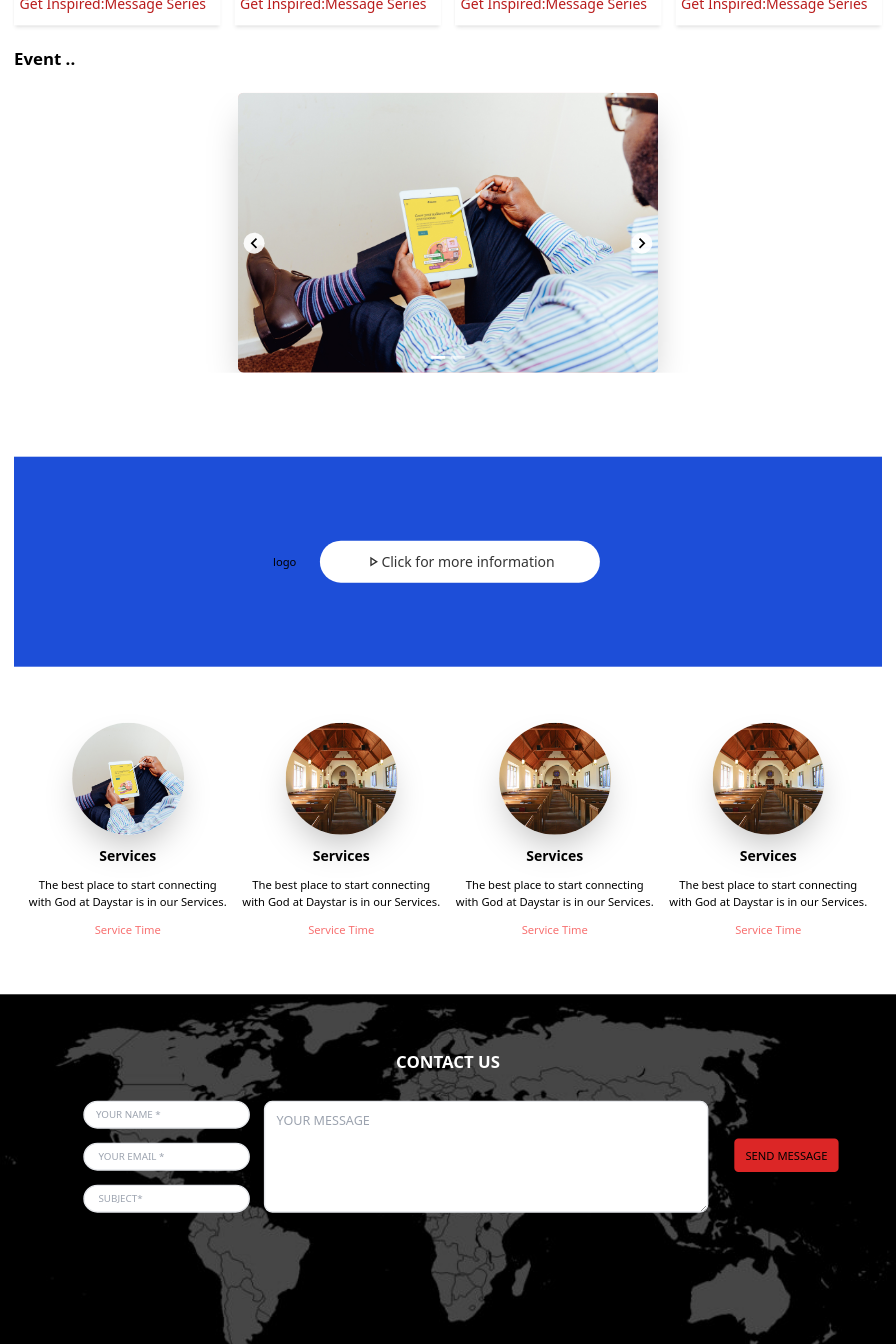
Repository: hisreal123/godschamber
Page: /
An editor plug-in stored every save of this project. The page is shown before and after the next save, followed by the edit.
The browser window is 1280 px wide. The pictures show the part of the page from y = 1579 to 3499 px (the page is 3499 px tall), at 70% of full size.
The project was rebuilt for these pictures with package versions that can differ from the ones it lists, and the page was loaded fresh each time. The framework's server and built-in components were replaced by stand-ins that run in the browser. Also part of the build but not shown: next.config.js.

Above is the page before, as saved 2023-03-31 17:55:54.

### src/app/layout.tsx
import './globals.css'


export const metadata = {
  title: 'Welcome to Godschambers e-church ',
  description: 'Get closer to Your father ',
}

export default function RootLayout({
  children,
}: {
  children: React.ReactNode
}) {
  return (
    <html lang="en">
      <body>
        {children}
      </body>
    </html>
  )
}

### src/app/page.tsx
"use client"
import React, { lazy, useState } from 'react'
import { Inter } from 'next/font/google'


// context
import { SideBarContext } from './components/context/SidebarContext'


// Font
const inter = Inter({ subsets: ['latin'] })

// LazyLoading
const Header = lazy(() => import('./components/Header'))
const Sidebar = lazy(() => import('./components/Sidebar'))
const Banner = lazy(() => import('./components/Banner'))
const Quote = lazy(() => import('./components/Quote'))
const HopeCards = lazy(() => import('./components/HopeCards'))
const Events = lazy(() => import('./components/Events'))
const More = lazy(() => import('./components/More'))
const ContactUs = lazy(() => import('./components/ContactUs'))


// Export....
export default function Home() {

  const [Open, setOpen] = useState(false)

  return (
    <main className="w-screen overflow-hidden relative">
      <SideBarContext.Provider value={{ Open, setOpen }}>
        <Header />
        <Sidebar />
      </SideBarContext.Provider>
      <Banner />
      <Quote />
      <HopeCards />
      <Events />
      <More />
      <ContactUs />
    </main>
  )
}

### src/app/globals.css
@tailwind base;
@tailwind components;
@tailwind utilities;


/* slider Components*/

### src/app/components/context/SidebarContext.tsx
import { createContext } from "react";


 type SideBarProps  = {
    Open: boolean
    setOpen :  any
}

export const SideBarContext = createContext( {} as  SideBarProps)

### src/app/components/Header.tsx
import { SideBarNav } from './SideBarNav';
import React, { useState, useEffect, useContext } from 'react'
import { SideBarContext } from './context/SidebarContext'
import { menuIcon } from './SvgIcons/SvgIcons'
import { motion } from 'framer-motion'

export default function Header() {

  const [scrollY, setScrollY] = useState(0)
  const { Open, setOpen } = useContext(SideBarContext)
  const toggleSideBar = () => setOpen(!Open)


  useEffect(() => {
    const handleScroll = () => {
      setScrollY(window.scrollY);
    }

    window.addEventListener("scroll", handleScroll);

    return () => {
      window.removeEventListener("scroll", handleScroll);
    };
  }, [])

  const backgroundColor = scrollY > 100 ? 'bg-indigo-500' : 'transparent';

  return (
    <div
      className={` ${backgroundColor} transition h-20 transparent fixed w-screen drop-shadow-lg z-20`}>
      <div className="container px-10 md:px-0 h-full mx-auto flex justify-between items-center">

        {/* logo here*/}
        <a className="" href="#">logo</a>

        {/* menu Links */}
        <SideBarNav toggleSideBar={toggleSideBar} style='hidden px-10 py-16 bg-gray-800 z-10
            md:relative md:flex md:p-0 md:bg-transparent md:flex-row md:space-x-6' liStyle='md:text-xs' />

        <div className="flex items-center md:hidden">
          <button className="text-white text-4xl font-bold opacity-70 hover:opacity-100 duration-300"
            onClick={toggleSideBar}>
            {menuIcon}
          </button>
        </div>
      </div>
    </div>
  )
}

### src/app/components/Sidebar.tsx
import React, { useMemo, useContext, lazy } from 'react'
import { SideBarContext } from './context/SidebarContext'
import { SideBarNav } from './SideBarNav'
// import { motion } from 'framer-motion'

export default function Sidebar() {

  const { Open, setOpen } = useContext(SideBarContext)
  const toggleSideBar = () => setOpen(!Open)

  return (
    <div
      className="wrapper md:hidden transition ">
      <div

        className={Open ? " transition w-1/2 bg-slate-400 fixed top-0 bottom-0 right-0 shadow-lg z-[100]" : 'hidden '}>
        <SideBarNav toggleSideBar={toggleSideBar} style='relative h-screen bg-gradient-to-r from-violet-600 via-violet-600 to-indigo-600 w-full pt-20' liStyle=' inline-block  p-2  mt-1 text-xs w-full font-lighter opacity-2  ' />
      </div>

      {/* overlay */}
      <div className={Open ? " h-screen bg-black bg-opacity-50 z-10 fixed w-screen top-0 " : 'hidden '} onClick={toggleSideBar}></div>
    </div>
  )
}

### src/app/components/Banner.tsx
import { ClickButton } from './ClickButton';
import React from 'react'
import VideoPlayer from './VideoBackground'
import { motion as m } from 'framer-motion'

import { Watch, location } from './SvgIcons/SvgIcons'
import { BannerPlace } from './animation/animations';

export default function Banner() {
  return (
    <>
      <div className="wrapper h-screen">
        <div className="absolute flex items-center h-screen w-screen justify-center">
          <div className="wrap">

            <div className="text text-white text-center ">
              <m.h1
                variants={BannerPlace}
                initial="hide"
                animate="show"
                transition={{ duration: 2.5, type: "spring", stiffness: 100 }}
                className='text-4xl md:text-6xl font-light mb-5 md:mb-6 '>
                A PLACE FOR YOU
              </m.h1>
              <div className="desc mb-8 text-md md:text-2xl"> Join us this weekend </div>
            </div>

            <div className="btn flex flex-col md:flex-row md:items-center  md:space-x-2 md:w-[500px] md:mx-auto ">
              <ClickButton icon={location} title='Find a location' href="/" style=" flex  items-center justify-center space-x-5 rounded-full bg-red-600 hover:bg-red-800 text-white py-2 px-2 text-center md:w-[70%] md:mx-auto md:py-4 md:px-5  md:space-x-0 md:text-sm" />
              <ClickButton icon={Watch} title='Find a location' href="/" style=" flex  items-center justify-center space-x-5 rounded-full bg-red-600 hover:bg-red-800 text-white py-2 px-2 text-center mt-5 md:w-[70%] md:text-xl md:mx-auto md:mt-0 md:mx-auto md:py-4 md:px-5 md:space-x-0 md:text-sm" />
            </div>
          </div>
        </div>
        <VideoPlayer />
      </div>
    </>
  )
}

### src/app/components/Quote.tsx
import React from 'react'
export default function Quote() {
  return (
    <>
      <div className="container mx-auto py-10 text-center  md:py-14 relative -z-50 md:w-3/4">
        <h2 className='mb-5 md:text-3xl font-bold'> WELCOME TO THE CHURCH</h2>

        <div className="welcomeMessage px-5 flex flex-col ">
          <span className='text-4xl font-bold text-gray-500 md:text-6xl self-start '>
            &quot;
          </span>
          <p className='text-xs md:text-lg '>
            God has given us a mandate to raise role models, and He has indeed been faithful, backing our dedication and hard work with a great harvest of transformed lives. It is top priority for us that you partake of wholesome worship, edifying messages to build you up and positive interactions. We invite you to tour our website and get to know us a bit better - our service times, locations and membership. There are also links should you wish to support our ministry by giving. We look forward to having the pleasure of hosting you and your family soon, either in person at one of our campuses or virtually.
            In Christ, <b>Sam & Nike Adeyemi.</b>
          </p>
          <span className='text-4xl font-bold text-gray-500 md:text-6xl self-end '>
            &quot;
          </span>

        </div>

      </div>
    </>
  )
}

### src/app/components/HopeCards.tsx
import React, { lazy } from 'react'


const Cards = lazy(() => import('./CardsComponents'))

export default function HopeCards() {
  return (
    <>
      <div className="wrapper  relative z-0">
        <div className="Container px-5">

          <div className="top text-center">
            <h1 className='text-lg md:text-lg lg:text-xl font-bold mb-3'>HOPE FOR TODAY</h1>
            <p className=' italic font-light text-gray-500'>Inspiring resources to become a better you.</p>
          </div>
          <div className="CardWrapper grid grid-cols-1 gap-5 md:grid-cols-2 lg:grid-cols-4 mt-5">
            <Cards imgSrc="/assets/img1.jpg" text="Get Inspired:Message Series" alt=" Get inspired" mainStyle="flex flex-col bg-white overflow-hidden  w-full shadow-md" topStyle='' btmStyle=' py-4  px-2 ' textStyle='text-md text-red-700 md:text-lg lg:text-xl' />
            <Cards imgSrc="/assets/img2.jpg" text="Get Inspired:Message Series" alt=" Get inspired" mainStyle="flex flex-col bg-white overflow-hidden  w-full shadow-md" topStyle='' btmStyle=' py-4  px-2 ' textStyle='text-md text-red-700 md:text-lg lg:text-xl' />
            <Cards imgSrc="/assets/img3.jpg" text="Get Inspired:Message Series" alt=" Get inspired" mainStyle="flex flex-col bg-white overflow-hidden  w-full shadow-md" topStyle='' btmStyle=' py-4  px-2 ' textStyle='text-md text-red-700 md:text-lg lg:text-xl' />
            <Cards imgSrc="/assets/img4.jpg" text="Get Inspired:Message Series" alt=" Get inspired" mainStyle="flex flex-col bg-white overflow-hidden  w-full shadow-md" topStyle='' btmStyle=' py-4  px-2 ' textStyle='text-md text-red-700 md:text-lg lg:text-xl' />
          </div>
        </div>
      </div>
    </>
  )
}

### src/app/components/Events.tsx
import React from 'react'
import Carousel from './Carousel/Carousel'

export default function Events() {
    return (
        <>
            <section className='Container px-5'>
                <h1 className="my-8 font-bold text-2xl "> Event ..</h1>

                <div className="Carousel-ShowCase">
                    <Carousel />
                </div>
            </section>
        </>
    )
}

### src/app/components/More.tsx
import React from 'react'
import { ClickButton } from './ClickButton'
import { Watch } from './SvgIcons/SvgIcons'
import Image from 'next/legacy/image'

import CardsComponents from './CardsComponents'
import Link from 'next/link'


const MoreSection2Data = [
    {
        imgSrc: '/assets/img1.jpg',
        title: 'Services',
        desc: ' The best place to start connecting with God at Daystar is in our Services.',
        hrefTitle: ' Service Time',
        href: '#',
        alt: 'first '

    },
    {
        imgSrc: '/assets/img4.jpg',
        title: 'Services',
        desc: ' The best place to start connecting with God at Daystar is in our Services.',
        hrefTitle: ' Service Time',
        href: '#',
        alt: 'second '

    },
    {
        imgSrc: '/assets/img4.jpg',
        title: 'Services',
        desc: ' The best place to start connecting with God at Daystar is in our Services.',
        hrefTitle: ' Service Time',
        href: '#',
        alt: 'third '

    },
    {
        imgSrc: '/assets/img4.jpg',
        title: 'Services',
        desc: ' The best place to start connecting with God at Daystar is in our Services.',
        hrefTitle: ' Service Time',
        href: '#',
        alt: 'forth '

    },
]
export default function More() {
    return (
        <>
            <section className='px-5 py-20'>
                {/* More info */}
                <div className='h-[300px] bg-blue-700 flex-col  flex items-center  md:flex-row'>
                    <div className="wrap flex flex-col justify-center  md:w-[500px] md:mx-auto md:flex md:flex-row items-center h-full">
                        <h1 className=' self-end md:self-center '> logo </h1>
                        <ClickButton icon={Watch} title='Click for more information ' href="/" style="flex  items-center justify-center space-x-2 rounded-full bg-white hover:bg-white/90 text-black/80 py-3 px-3 text-center mt-5  md:w-[80%] md:text-xl md:mx-auto md:mt-0 md:mx-auto md:py-4 md:px-5 md:space-x-0 md:text-sm" />
                    </div>
                </div>

                {/* What Gof can do through you   */}
                <div className="mt-20 px-5 grid grid-cols-1 gap-5 md:grid-cols-4" >
                    {
                        MoreSection2Data.map((data, index) => (
                            <>
                                <div className="wrap relative flex flex-col justify-center  " key={index}>
                                    <div className="relative rounded-full overflow-hidden shadow-2xl lg:h-40 lg:w-40 lg:self-center">
                                        <Image
                                            src={data.imgSrc}
                                            alt={data.alt}
                                            height={100}
                                            width={100}
                                            layout="responsive"
                                            objectFit='cover'
                                            objectPosition="center"
                                        />
                                    </div>

                                    <div className="text-center">
                                        <h1 className="my-4 font-bold text-lg md:text-xl">{data.title}</h1>
                                        <p className="my-4">{data.desc}</p>
                                        <Link href={data.href} className="text-red-400 hover:underline hover:font-bold hover:scale-105 hover:text-red-700 ">{data.hrefTitle}</Link>
                                    </div>
                                </div >
                            </>
                        ))
                    }
                </div>
            </section >
        </>
    )
}

### src/app/components/ContactUs.tsx
import React from 'react'

export default function ContactUs() {
    return (
        <>
            <section className=" bg-[url('/assets/map_black.jpeg')] bg-cover bg-no-repeat bg-top px-5 py-10 h-[500px] ">
                <h1 className='text-center my-10 text-white font-bold  text-2xl'>CONTACT US </h1>

                <form action="" className=' flex flex-col md:flex-row'>
                    <div className='  md:w-[90%] md:mx-auto md:flex md:flex'>
                        <div className=" md:flex md:w-[80%] md:mx-auto md:space-x-5 w-full relative ">
                            <div className="flex md:w-[60%] md:flex-1 flex-col justify-center space-y-5 relative">
                                <input type="text" placeholder='YOUR NAME *' className='text-sm rounded-3xl px-4 py-2 hover:first-letter:border-red-300 border-2 outline-none  md:w-full' />
                                <input type="email" placeholder=' YOUR EMAIL *' className='text-sm rounded-3xl px-4 py-2 hover:first-letter:border-red-300 border-2 outline-none' />
                                <input type="text" placeholder=' SUBJECT*' className='text-sm rounded-3xl px-4 py-2 hover:first-letter:border-red-300 border-2 outline-none ' />
                            </div>
                            <textarea placeholder='YOUR MESSAGE' className='text-sm rounded-xl px-4 py-3 hover:first-letter:border-red-300 border-2 outline-none mt-5 md:mt-0 md:text-md lg:text-lg mx-auto w-full' rows={4} />
                        </div>

                        <button type='submit' className='self-center md:w-fit rounded-md bg-red-600 hover:bg-red/60  px-4 py-3 w-full mt-4 mb-5 '>SEND MESSAGE</button>
                    </div>
                </form>

            </section>
        </>
    )
}

### src/app/components/SideBarNav.tsx
import React from "react";
import {home,
    Contact,
    Watch,
    Care,
    Give,
    Blog} from './SvgIcons/SvgIcons'

type SideBarNavProps = {
    toggleSideBar : () => { }
    style?:  string
    liStyle? : string
}

export function SideBarNav({liStyle, style, toggleSideBar}: SideBarNavProps) {
  return <div className="">
    <ul className={` ${style} `}>

        <li>
            <a className={`${liStyle} flex items-center  text-white opacity-70 hover:opacity-100 duration-300`} href="#">
                <span className="font-light mr-2  ">
                {home}
                </span>
                ABOUT</a>
        </li>
        <li>
            <a className={`${liStyle} flex items-center  text-white opacity-70 hover:opacity-100 duration-300`} href="#">
            <span className="font-light mr-2  ">
                {Contact}
                </span>
                CONNECT</a>
        </li>
        <li>
            <a className={`${liStyle} flex items-center  text-white opacity-70 hover:opacity-100 duration-300`} href="#">
            <span className="font-light mr-2  ">
                {Watch}
                </span>
                WATCH</a>
        </li>

        <li>
            <a className={`${liStyle} flex items-center  text-white opacity-70 hover:opacity-100 duration-300`} href="#">
            <span className="font-light mr-2  ">
                {Care}
                </span>
                CARE</a>
        </li>

        <li>
            <a className={`${liStyle} flex items-center  text-white opacity-70 hover:opacity-100 duration-300`} href="#">
            <span className="font-light mr-2  ">
                {Give}
                </span>
                GIVE</a>
        </li>
        <li>
            <a className={`${liStyle} flex items-center  text-white opacity-70 hover:opacity-100 duration-300`} href="#">
            <span className="font-light mr-2  ">
                {Blog}
                </span>
                BLOG</a>
        </li>

        </ul>
    </div>
}

### src/app/components/ClickButton.tsx
import React from "react";


type clickButton = {
  style: string
  title : string
  href: string
  icon?: string | any}


export function ClickButton({icon, style, title, href}  : clickButton) {
  return <>
    <a href={href} className={`${style}`}>
      {icon  ? (
        <>
          <span>
            {icon}
          </span>
          <p>{title}</p>
        </>
      ) : ( `
        ${title}
      `)}
    </a>
    {/* <a href="" className=""> Watch Online</a> */}
  </>;
}

### src/app/components/VideoBackground.tsx
import { useState } from 'react'

const VideoPlayer = () => {


  return (
    <div className='vBackground'>
      <video
         src="./assets/churchVideo.mp4"
         className="h-screen w-screen object-cover"
         loop
         autoPlay
         muted
      />
    </div>
  )
}

export default VideoPlayer

### src/app/components/animation/animations.ts



export const BannerPlace = {
    hide: {  y: 4 ,opacity: 0,scale: 0},
    show: {
        y: 0,
        opacity: 1,
        scale: 1,
        transition: {
          duration: 0.2,
          staggerChildren: 0.2
        }
      }
}

### src/app/components/CardsComponents.tsx
import Image from 'next/legacy/image'
import Link from 'next/link';
import React from 'react'


const ImageStyle = {
  height: ' 100%',
  width: ' 100%'
};

type CardComponentProps = {
  text: string
  desc?: string
  imgSrc: string
  mainStyle: string
  topStyle?: string
  btmStyle?: string,
  textStyle: string,
  alt?: string
  href?: string
  hrefTitle?: string
  descStyle?: string
  hrefStyle?: string
}
export default function CardsComponents({
  text,
  desc,
  imgSrc,
  alt,
  href,
  hrefTitle,
  mainStyle,
  topStyle,
  btmStyle,
  textStyle,
  descStyle,
  hrefStyle,
}: CardComponentProps) {

  return (
    <>
      <Link href="#" >
        <div className={`${mainStyle} container`}>
          <div className={`${topStyle} top`}>
            <Image
              src={imgSrc}
              alt={alt}
              height={100}
              width={100}
              layout="responsive"
              objectFit='cover'
              objectPosition="center"
            />
          </div>
          <div className={`${btmStyle} btm`} >
            <h3 className={`${textStyle} btm`}>{text}</h3>
            {desc ? (<p className={descStyle}>{desc}</p>) : null}
            {href ? (<a href={href} className={hrefStyle}>{hrefTitle}</a>) : null}
          </div>
        </div>
      </Link>
    </>
  )
}

### src/app/components/Carousel/Carousel.tsx
import React from 'react'
import Image from 'next/legacy/image'
import { left } from '../SvgIcons/SvgIcons'

const imageData = [
    {
        title: ' First',
        imgSrc: '/assets/img1.jpg'
    },
    {
        title: ' Second',
        imgSrc: '/assets/img2.jpg'
    },
]



export default function Carousel() {



    const [current, setCurrent] = React.useState(0)

    const swipleft = () => {
        const isFirst = current === 0;
        const newIndex = isFirst ? imageData.length - 1 : current - 1;
        setCurrent(newIndex)
    }
    const swipRight = () => {
        const isFirst = current === 0;
        const newIndex = isFirst ? imageData.length - 1 : current - 1;
        setCurrent(newIndex)
    }

    // React.useEffect(() => {
    // setInterval(() => {
    /*  const isFirst = current === 0;
     const newIndex = isFirst ? imageData.length - 1 : current - 1;
     setCurrent(newIndex) */
    // }, 3000)
    // }, [current, setCurrent])


    return (
        <>
            <section className=' overflow-hidden mb-10' >
                <div className=" h-[400px] md:w-[600px] mx-auto  imgWrapper  relative min:h-full  md:m-auto rounded-lg  bg-red-200">
                    <div className='relative h-full rounded-lg overflow-hidden shadow-2xl'>
                        <Image
                            key={current}
                            src={imageData[current].imgSrc}
                            alt=" image 1"
                            height={100}
                            width={100}
                            layout="fill"
                            objectFit='cover'
                            objectPosition="center"
                        />

                        <span className='text-xl cursor-pointer absolute z-10 top-1/2 bg-white/90 rounded-full ml-2' onClick={swipleft}>{left}</span>
                        <span className='text-xl cursor-pointer absolute z-10 top-1/2 bg-white/90 rounded-full mr-2 right-0 rotate-180' onClick={swipRight}>{left}</span>

                        {/* navigator */}
                        <div className="navigatio absolute bottom-5 flex justify-center space-x-2 w-full">
                            {imageData.map((img, index) => (
                                <div key={index}
                                    onClick={swipleft}
                                    className={`${index == current ? ' bg-white h-1 w-5 ' : ' bg-white/70 h-1 w-5'} `}></div>
                            ))}
                        </div>
                    </div>

                </div>
            </section>
        </>
    )
}

Loaded but not shown: tailwind.config.js (18 lines, source omitted); src/app/components/SvgIcons/SvgIcons.tsx (22 lines, source omitted)

After the next save:
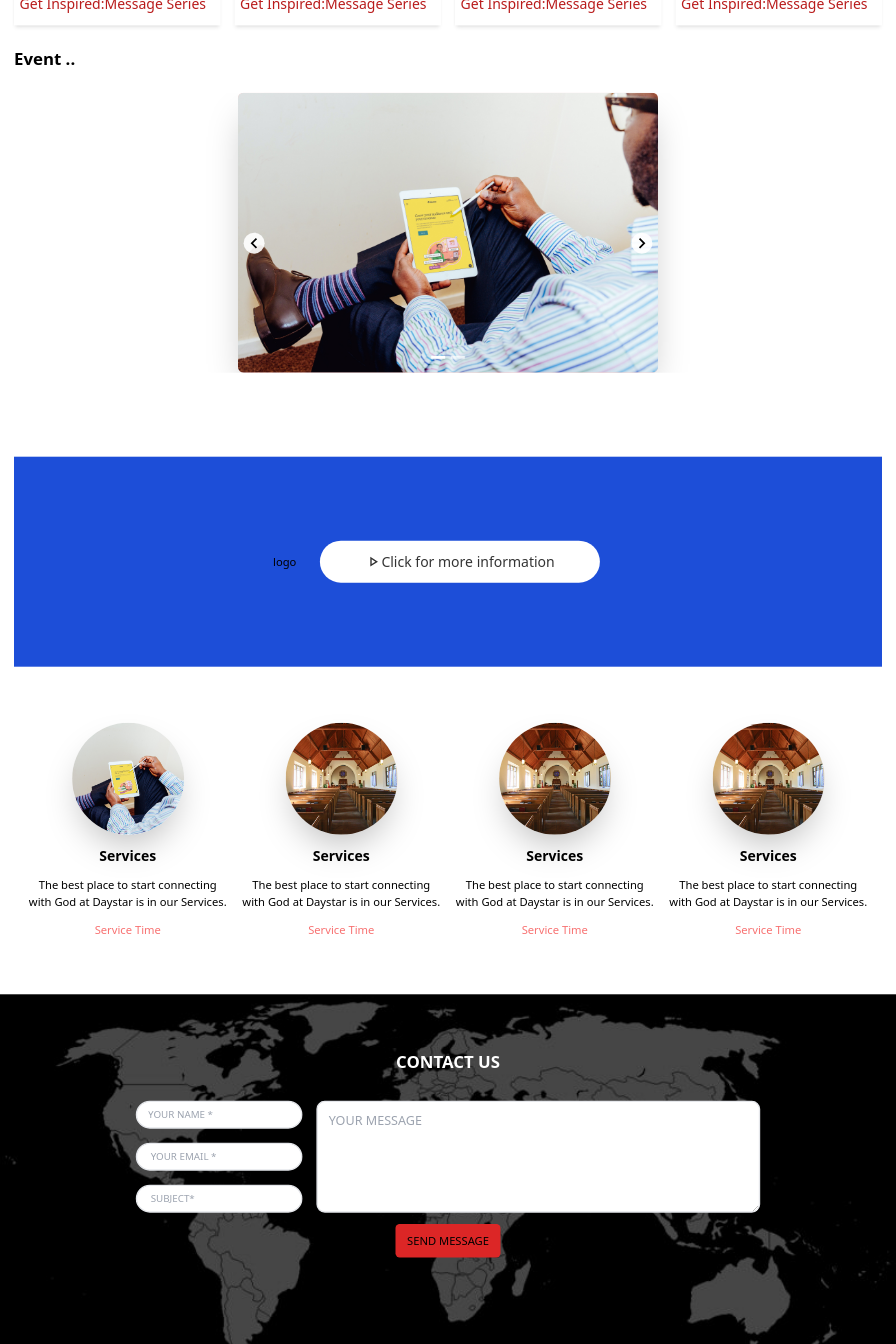
Saved 8 s later.
--- a/src/app/components/ContactUs.tsx
+++ b/src/app/components/ContactUs.tsx
@@ -7,7 +7,7 @@ export default function ContactUs() {
                 <h1 className='text-center my-10 text-white font-bold  text-2xl'>CONTACT US </h1>
 
                 <form action="" className=' flex flex-col md:flex-row'>
-                    <div className='  md:w-[90%] md:mx-auto md:flex md:flex'>
+                    <div className='  md:w-[90%] md:mx-auto md:flex md:flex-col '>
                         <div className=" md:flex md:w-[80%] md:mx-auto md:space-x-5 w-full relative ">
                             <div className="flex md:w-[60%] md:flex-1 flex-col justify-center space-y-5 relative">
                                 <input type="text" placeholder='YOUR NAME *' className='text-sm rounded-3xl px-4 py-2 hover:first-letter:border-red-300 border-2 outline-none  md:w-full' />
